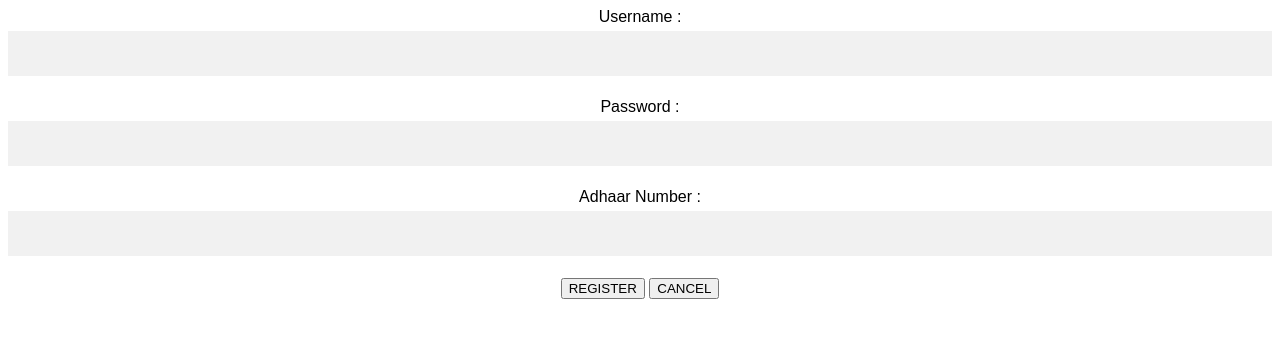
Repository: jchowdapurkar/Java-Project
Page: http://localhost/Registration/registration.jsp
The author's editor kept a copy of each file at every save. The page is drawn from the files as they stood at one save, then again after the next save.
The browser window is 1280 px wide. The pictures show the whole page.
The page is served by Tomcat 9.

Above is the page before, as saved 2018-07-16 16:36:27.

### Task Jsp/Registration/WebContent/registration.jsp
<%@ page language="java" contentType="text/html; charset=ISO-8859-1"
    pageEncoding="ISO-8859-1"%>
<!DOCTYPE html PUBLIC "-//W3C//DTD HTML 4.01 Transitional//EN" "http://www.w3.org/TR/html4/loose.dtd">
<html>
<style>
body {font-family: Arial, Helvetica, sans-serif;}
* {box-sizing: border-box}

/* Full-width input fields */
input[type=text], input[type=password] {
    width: 100%;
    padding: 15px;
    margin: 5px 0 22px 0;
    display: inline-block;
    border: none;
    background: #f1f1f1;
}

input[type=text]:focus, input[type=password]:focus {
    background-color: #ffff;
    outline: none;
}

hr {
    border: 1px solid #f1f1f1;
    margin-bottom: 25px;
}

/* Set a style for all buttons */
button {
    background-color: yellow;
    color: white;
    padding: 14px 20px;
    margin: 8px 0;
    border: none;
    cursor: pointer;
    width: 10%;
    opacity: 0.9;
}

button:hover {
    opacity:0.5;
}

/* Extra styles for the cancel button */
.cancelbtn {
    padding: 14px 20px;
    background-color: #f44336;
}

/* Float cancel and signup buttons and add an equal width */
.cancelbtn, .signupbtn {
  float: left;
  width: 50%;
}

// Add padding to container elements //
.container {
    padding: 16px;
}

/* Clear floats */
.clearfix::after {
    content: "";
    clear: both;
    display: table;
}

/* Change styles for cancel button and signup button on extra small screens */
@media screen and (max-width: 50px) {
    .cancelbtn, .signupbtn {
       width: 10%;
    }
}
</style>
<head>
<meta http-equiv="Content-Type" content="text/html; charset=ISO-8859-1">
<title>Insert title here</title>
</head>
<body>
<div align="center">
<form action = "Registration" method ="post">
Username : <input type ="text" name = "user" required="required">
Password : <input type ="text" name = "pswd" required="required">
Adhaar Number : <input type ="text" name ="adhaar" required ="required">
<input type = "submit" value = "REGISTER">
<input type = "submit" value = "CANCEL">



</form>
</div>

</body>
</html>

After the next save:
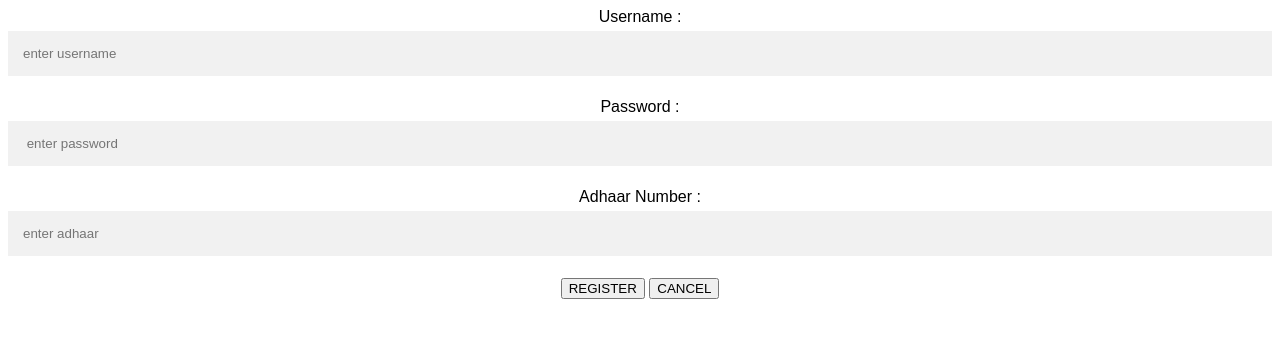
Saved 3 min 33 s later.
--- a/Task Jsp/Registration/WebContent/registration.jsp
+++ b/Task Jsp/Registration/WebContent/registration.jsp
@@ -80,9 +80,9 @@ button:hover {
 <body>
 <div align="center">
 <form action = "Registration" method ="post">
-Username : <input type ="text" name = "user" required="required">
-Password : <input type ="text" name = "pswd" required="required">
-Adhaar Number : <input type ="text" name ="adhaar" required ="required">
+Username : <input type ="text" placeholder = "enter username" required="required">
+Password : <input type ="text" placeholder = " enter password" required="required">
+Adhaar Number : <input type ="text" placeholder ="enter adhaar" required ="required">
 <input type = "submit" value = "REGISTER">
 <input type = "submit" value = "CANCEL">
 
